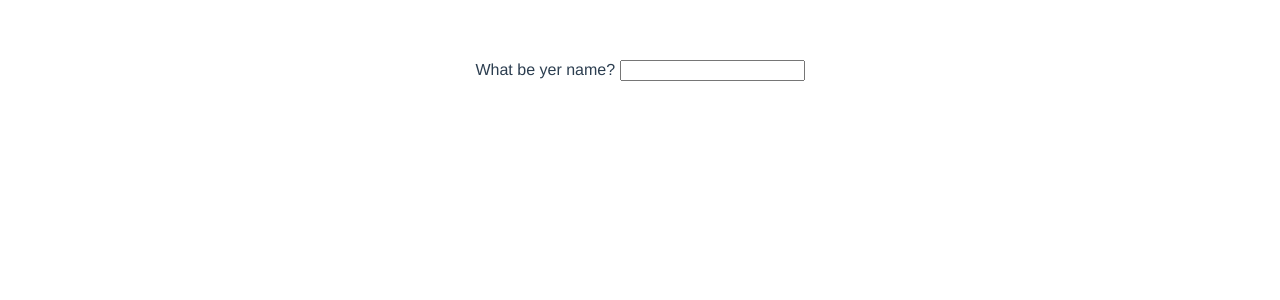
Repository: tessaSAC/pirate-namer
Page: /
These files come from the project's save history. The page is drawn as it stood at one moment and after the next save; the edit follows.
The browser window is 1280 px wide. The pictures show the whole page.
The project was rebuilt for these pictures with package versions that can differ from the ones it lists, and the page was loaded fresh each time. Also part of the build but not shown: vite.config.js.

Above is the page before, as saved 2021-08-05 18:52:24.

After the next save:
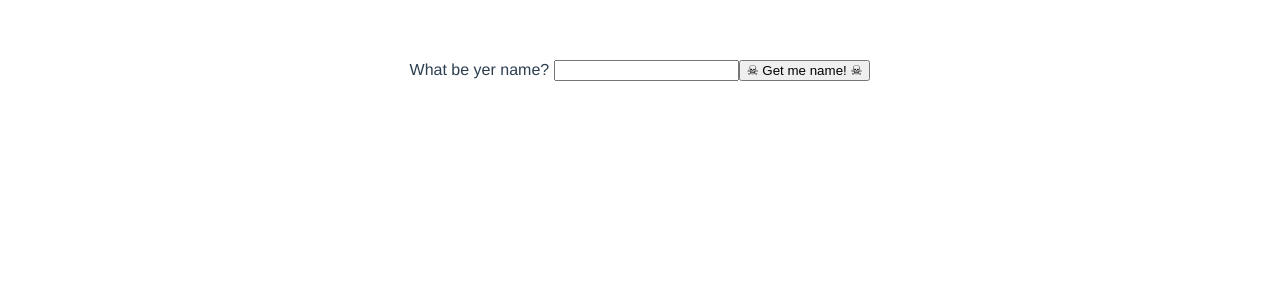
Saved 2 min 14 s later.
--- a/src/App.vue
+++ b/src/App.vue
@@ -140,10 +140,15 @@ export default {
 </script>
 
 <template>
-<label>
-  What be yer name?
-  <input v-model="userName" />
-</label>
+<form @submit.prevent="generatePirateName">
+  <label>
+    What be yer name?
+    <input v-model="userName" />
+  </label>
+  <button>
+    ☠ Get me name! ☠
+  </button>
+</form>
 </template>
 
 
